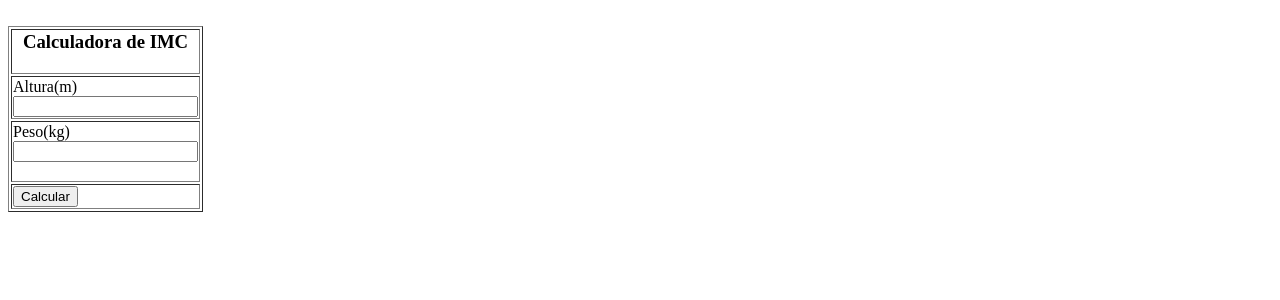
Repository: Patriciamativi/Projetos
Page: index.html
An editor plug-in stored every save of this project. The page is shown before and after the next save, followed by the edit.
The browser window is 1280 px wide. The pictures show the whole page.

Above is the page before, as saved 2022-11-17 21:37:28.

### index.html
<html>
    <head>
        <title>Calculadora de IMC</title>
        <meta charset="utf-8"/>

        <style type="text/css">
            p {
                color:red;
            }

        </style>
    </head>
<table border="1">
    <br>
        <tr>
            <th><h3>Calculadora de IMC</h3></th></tr>

        <tr><td>Altura(m)<br/>
            <div class="classeTexto" color:"green;"><input type: "number" ></br></td></tr></div>

        <tr><td>Peso(kg)<br/>
            <input type: "number" > </br></br></td></tr>

        <tr><td><input type= "submit" value="Calcular"></td></tr>

    </form>
    </table>
</body>
</html>

After the next save:
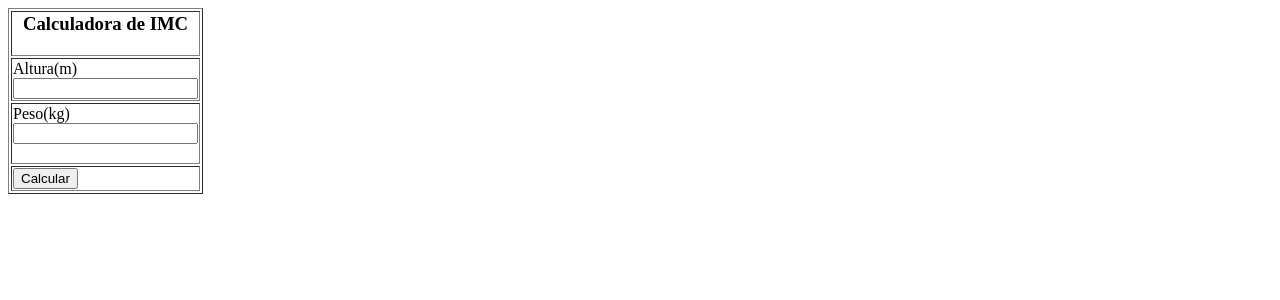
Saved 21 s later.
--- a/index.html
+++ b/index.html
@@ -11,7 +11,7 @@
         </style>
     </head>
 <table border="1">
-    <br>
+    <body>
         <tr>
             <th><h3>Calculadora de IMC</h3></th></tr>
 
